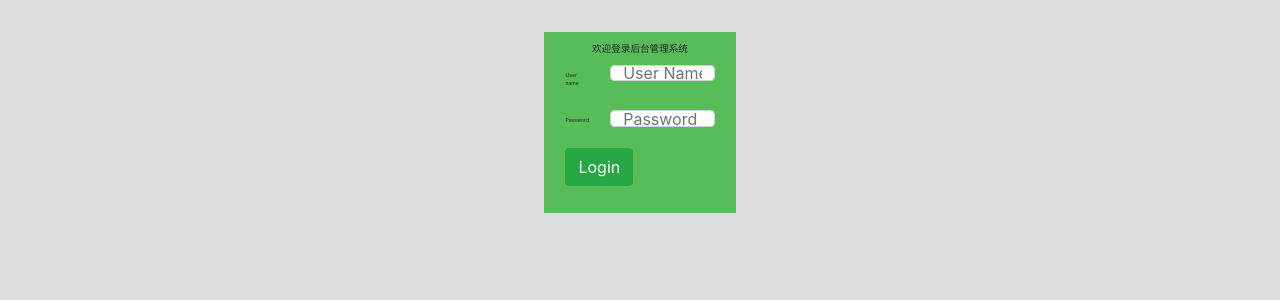
Repository: Rayfang0719/Vue-admin
Page: /
The author's editor kept a copy of each file at every save. The page is drawn from the files as they stood at one save, then again after the next save.
The browser window is 1280 px wide. The pictures show the whole page.
The project was rebuilt for these pictures with package versions that can differ from the ones it lists, and the page was loaded fresh each time. Also part of the build but not shown: vue.config.js.

Above is the page before, as saved 2019-05-11 10:31:26.

After the next save:
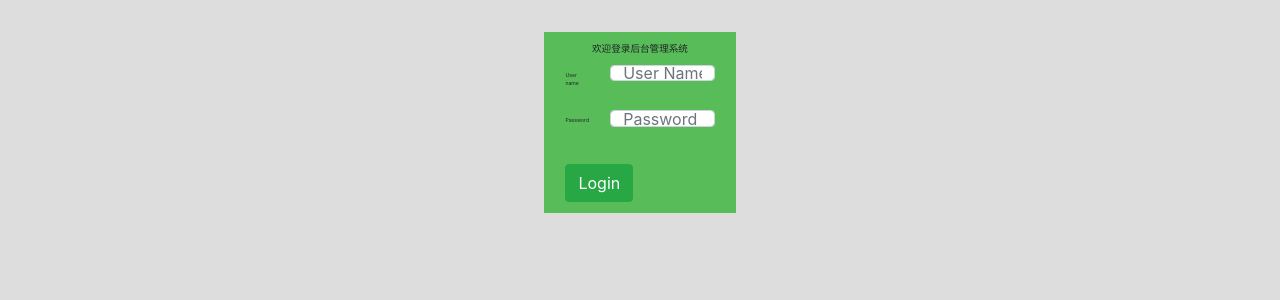
Saved 9 s later.
--- a/src/pages/login.vue
+++ b/src/pages/login.vue
@@ -15,7 +15,7 @@
       <input type="password" class="form-control" id="inputPassword" placeholder="Password">
     </div>
   </div>
-  <button type="button" class="btn btn-success">Login</button>
+  <button type="button" class="btn btn-success mt-3">Login</button>
 </form>
 
 
